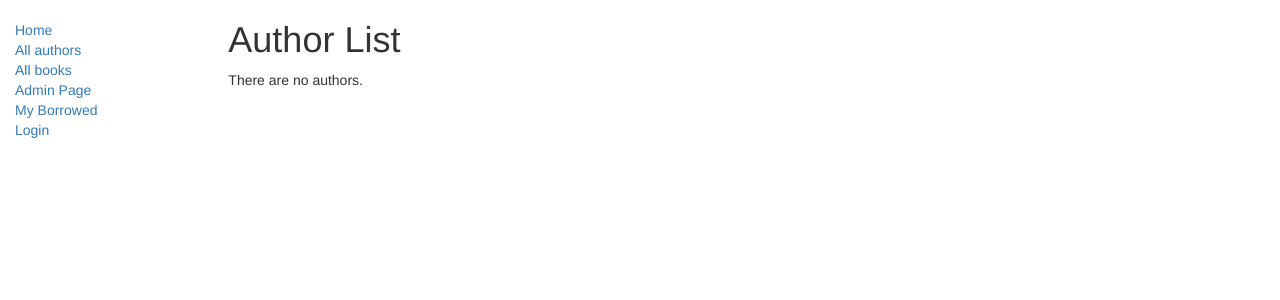
Repository: arsalandehghani/locallibrary
Page: catalog/templates/catalog/author_list.html
The author's editor kept a copy of each file at every save. The page is drawn from the files as they stood at one save, then again after the next save.
The browser window is 1280 px wide. The pictures show the whole page.
The template is drawn by Django 4.2. The application's start-up code is not run. Other server files are loaded and not shown. The template is opened directly, without the code that normally fills it, so the values that code supplies are empty.

Above is the page before, as saved 2022-03-06 18:36:05.

### catalog/templates/catalog/author_list.html
{% extends "catalog/base_generic.html" %}

{% block sidebar2 %}
  <li><a href="{% url 'catalog:author_create'%}">Create author</a></li>
{% endblock %}


{% block content %}
    <h1>Author List</h1>

    {% if author_list %}
    <ul>

      {% for author in author_list %}
      <li>
        <a href="{{ author.get_absolute_url }}">{{ author.last_name }} - {{ author.first_name }}</a>
        ({{author.date_of_birth}}) ({{author.date_of_death}})
      </li>
      {% endfor %}

    </ul>
    {% else %}
      <p>There are no authors.</p>
    {% endif %}
{% endblock %}

### catalog/templates/catalog/base_generic.html
<!DOCTYPE html>
<html lang="en">
<head>

  {% block title %}<title>Local Library</title>{% endblock %}
  <meta charset="utf-8">
  <meta name="viewport" content="width=device-width, initial-scale=1">
  <link rel="stylesheet" href="https://maxcdn.bootstrapcdn.com/bootstrap/3.3.7/css/bootstrap.min.css">
  <script src="https://ajax.googleapis.com/ajax/libs/jquery/1.12.4/jquery.min.js"></script>
  <script src="https://maxcdn.bootstrapcdn.com/bootstrap/3.3.7/js/bootstrap.min.js"></script>

  <!-- Add additional CSS in static file -->
  {% load static %}
  <link rel="stylesheet" href="{% static 'catalog/styles.css' %}">
</head>

<body>

  <div class="container-fluid">

    <div class="row">
      <div class="col-sm-2">
      {% block sidebar %}
      <ul class="sidebar-nav">
        <li><a href="{% url 'catalog:index' %}">Home</a></li>
        <li><a href="{% url 'catalog:authors' %}">All authors</a></li>
        {% block sidebar_author %} {% endblock %}
        <li><a href="{% url 'catalog:books' %}">All books</a></li>
        <li><a href="/admin">Admin Page</a></li>
        <li><a href="{% url 'catalog:my-borrowed' %}">My Borrowed</a></li>
        {% if user.is_authenticated %}
          <li>User: {{ user.get_username }}</li>
          <li><a href="{% url 'logout'%}?next={{request.path}}">Logout</a></li>
        {% else %}
          <li><a href="{% url 'login'%}?next={{request.path}}">Login</a></li>
        {% endif %}
        {% endblock %}
      </ul>
    </div>
      <div class="col-sm-10 ">
      {% block content %}{% endblock %}
      </div>
    </div>

  </div>
</body>
</html>

Loaded but not shown: catalog/static/catalog/styles.css (common file)

After the next save:
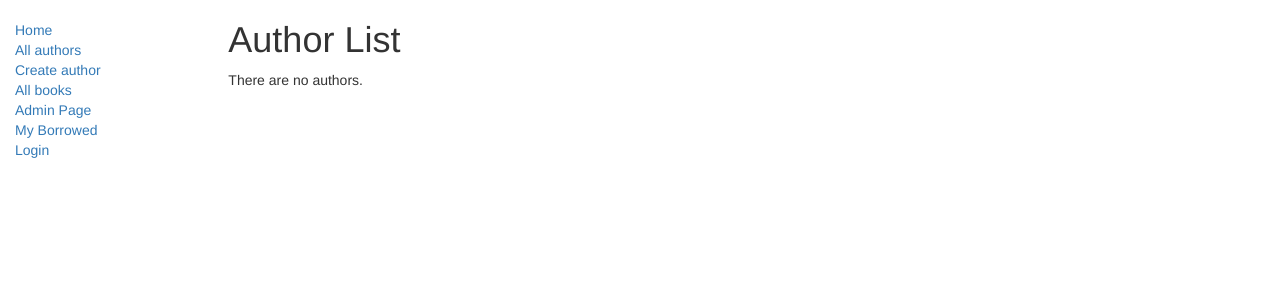
Saved 7 s later.
--- a/catalog/templates/catalog/author_list.html
+++ b/catalog/templates/catalog/author_list.html
@@ -1,6 +1,6 @@
 {% extends "catalog/base_generic.html" %}
 
-{% block sidebar2 %}
+{% block sidebar_author %}
   <li><a href="{% url 'catalog:author_create'%}">Create author</a></li>
 {% endblock %}
 
